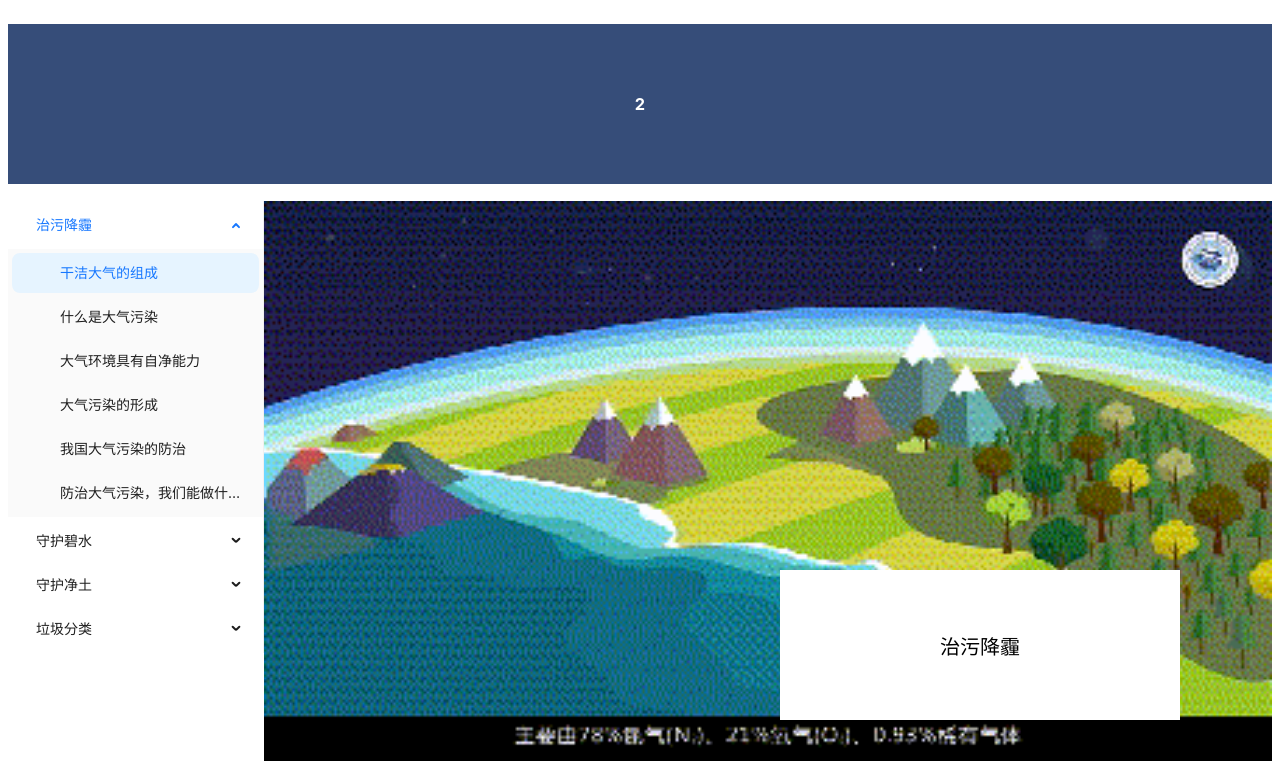
Repository: samllbin/summerWeb
Page: /
The author's editor kept a copy of each file at every save. The page is drawn from the files as they stood at one save, then again after the next save.
The browser window is 1280 px wide. The pictures show the whole page.
The project was rebuilt for these pictures with package versions that can differ from the ones it lists, and the page was loaded fresh each time. Also part of the build but not shown: vite.config.js, components/menu/config.js, components/content/index.module.css, components/content/index.jsx.

Above is the page before, as saved 2024-07-22 15:39:17.

### src/App.jsx
import React, { useState } from "react";
import style from "./assets/index.module.css";
import Carousel from "@components/carousel/index";
import MenuTab from "@components/menu/MenuTab";
import Content from "@components/content";
import Article from "@components/article";

export default function App() {
  const [current, setCurrent] = useState("1");
  return (
    <div>
      <Carousel />
      <div className={style.layout}>
        <MenuTab setCurrent={setCurrent} current={current} />
        {/* <Content /> */}
        <Article type={"all"} />
      </div>
    </div>
  );
}

### src/assets/index.module.css
.layout {
  display: flex;
}

### components/carousel/index.jsx
import React from "react";
import { Carousel } from "antd";
import style from "./index.module.css";

export default function carousel() {
  return (
    <Carousel autoplay>
      <div>
        <h3 className={style.contentStyle}>1</h3>
      </div>
      <div>
        <h3 className={style.contentStyle}>2</h3>
      </div>
      <div>
        <h3 className={style.contentStyle}>3</h3>
      </div>
      <div>
        <h3 className={style.contentStyle}>4</h3>
      </div>
    </Carousel>
  );
}

### components/menu/MenuTab.jsx
import React from "react";
import { Menu } from "antd";
import { useState } from "react";
import { config } from "./config";

export default function MenuTab({ current, setCurrent }) {
  const onClick = (e) => {
    console.log("click ", e);
    setCurrent(e.key);
  };
  return (
    <div>
      <Menu
        onClick={onClick}
        style={{ width: 256 }}
        defaultOpenKeys={["sub1"]}
        selectedKeys={[current]}
        mode="inline"
        items={config}
      />
    </div>
  );
}

### components/article/index.jsx
import React from "react";
import style from "./index.module.css";

export default function Article({ type, imgURL }) {
  return (
    <div className={style.layout}>
      {type === "all" ? (
        <div className={style.allLayout}>
          <img
            src="../../public/大气组成.png"
            alt="article"
            className={style.allImage}
          />
          <div className={style.allTitle}>治污降霾</div>
        </div>
      ) : (
        // 这里可以添加当 type 不为 "all" 时你想渲染的内容
        <p>显示特定类型的文章</p>
      )}
    </div>
  );
}

### components/carousel/index.module.css
.contentStyle {
  height: 160px;
  color: #fff;
  line-height: 160px;
  text-align: center;
  background: #364d79;
}

### components/article/index.module.css
.layout {
  display: flex;
  width: 100%;
}
.allLayout {
  display: flex;
  width: 100%;
}
.allImage {
  width: 100%;
}

.allTitle {
  display: flex;
  align-items: center;
  justify-content: center;
  position: absolute;
  right: 100px;
  bottom: 0;
  background-color: #fff;
  width: 400px;
  height: 150px;
  font-size: 20px;
  font-weight: 500;
}

Loaded but not shown: index.html (common file); src/main.jsx (common file)

After the next save:
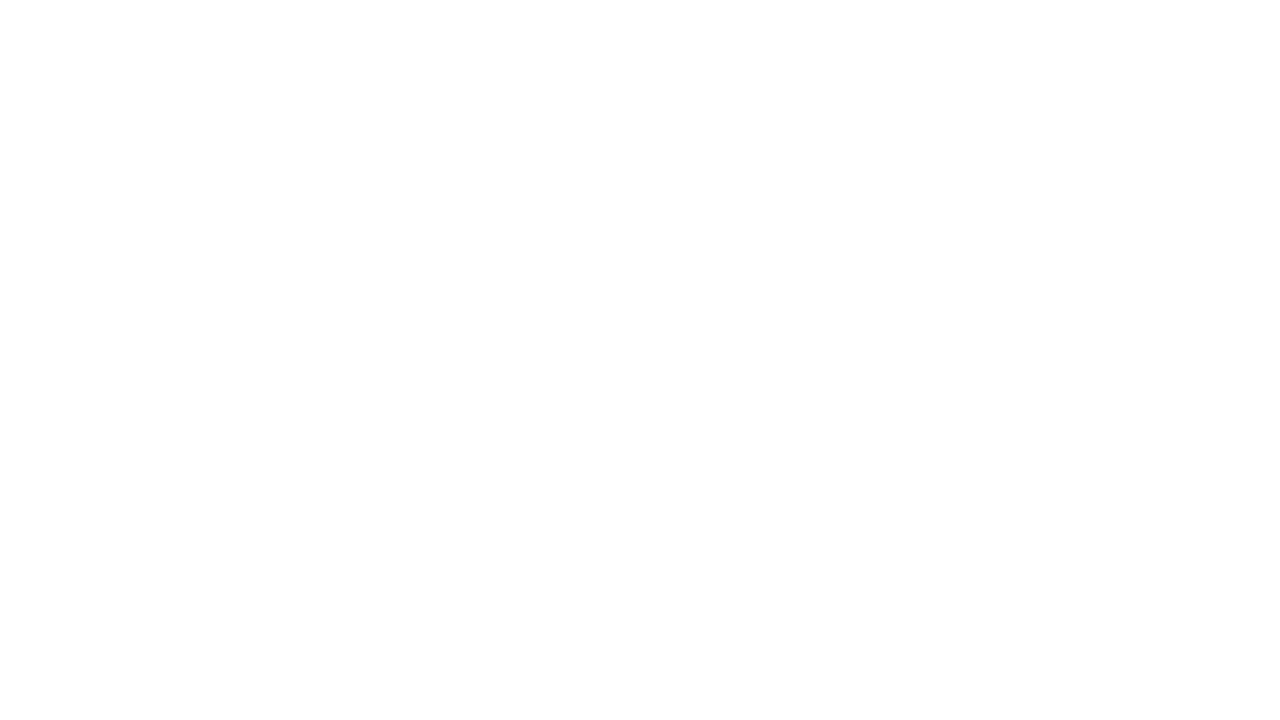
Console error: ReferenceError: RightOutlined is not defined
Saved 60 s later.
--- a/components/article/index.jsx
+++ b/components/article/index.jsx
@@ -11,7 +11,10 @@ export default function Article({ type, imgURL }) {
             alt="article"
             className={style.allImage}
           />
-          <div className={style.allTitle}>治污降霾</div>
+          <div className={style.allTitle}>
+            治污降霾
+            <RightOutlined />
+          </div>
         </div>
       ) : (
         // 这里可以添加当 type 不为 "all" 时你想渲染的内容

After the save that followed:
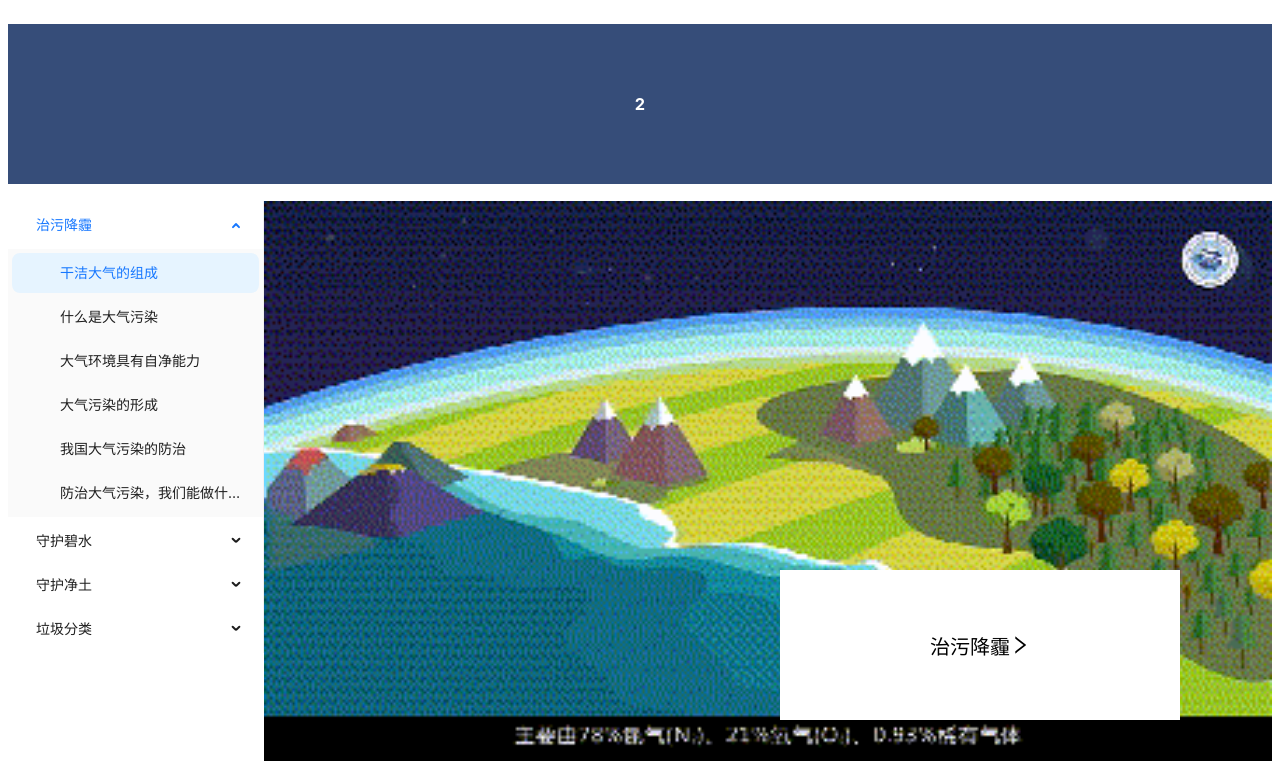
The error is gone.
Saved 9 s later.
--- a/components/article/index.jsx
+++ b/components/article/index.jsx
@@ -1,5 +1,6 @@
 import React from "react";
 import style from "./index.module.css";
+import { RightOutlined } from "@ant-design/icons";
 
 export default function Article({ type, imgURL }) {
   return (
